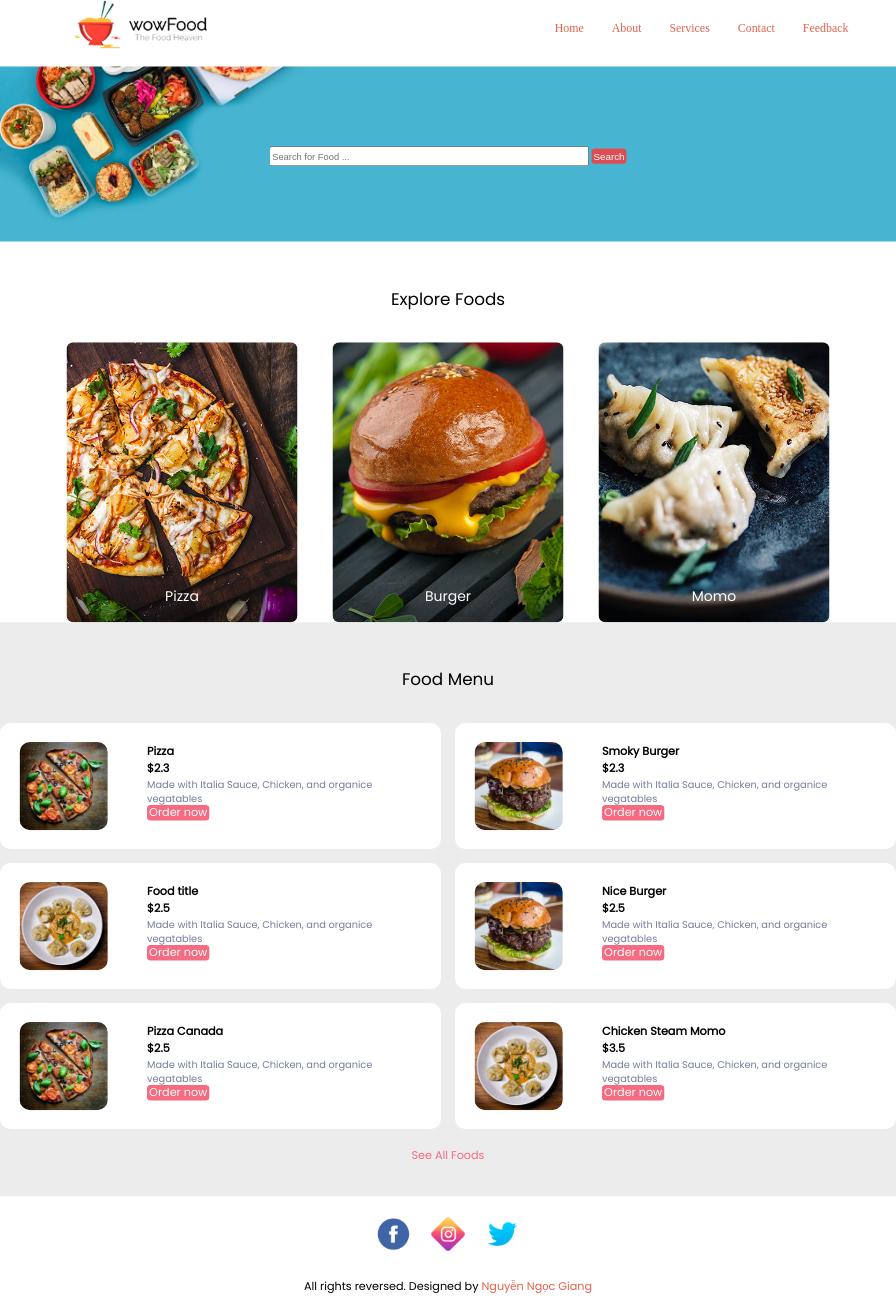
Repository: ruaruababa/WowFood
Page: index.html
These files come from the project's save history. The page is drawn as it stood at one moment and after the next save; the edit follows.
The browser window is 1280 px wide. The pictures show the part of the page from y = 0 to 1920 px (the page is 1876 px tall before and 2626 px after), at 70% of full size.

Above is the page before, as saved 2021-09-19 17:28:15.

After the next save:
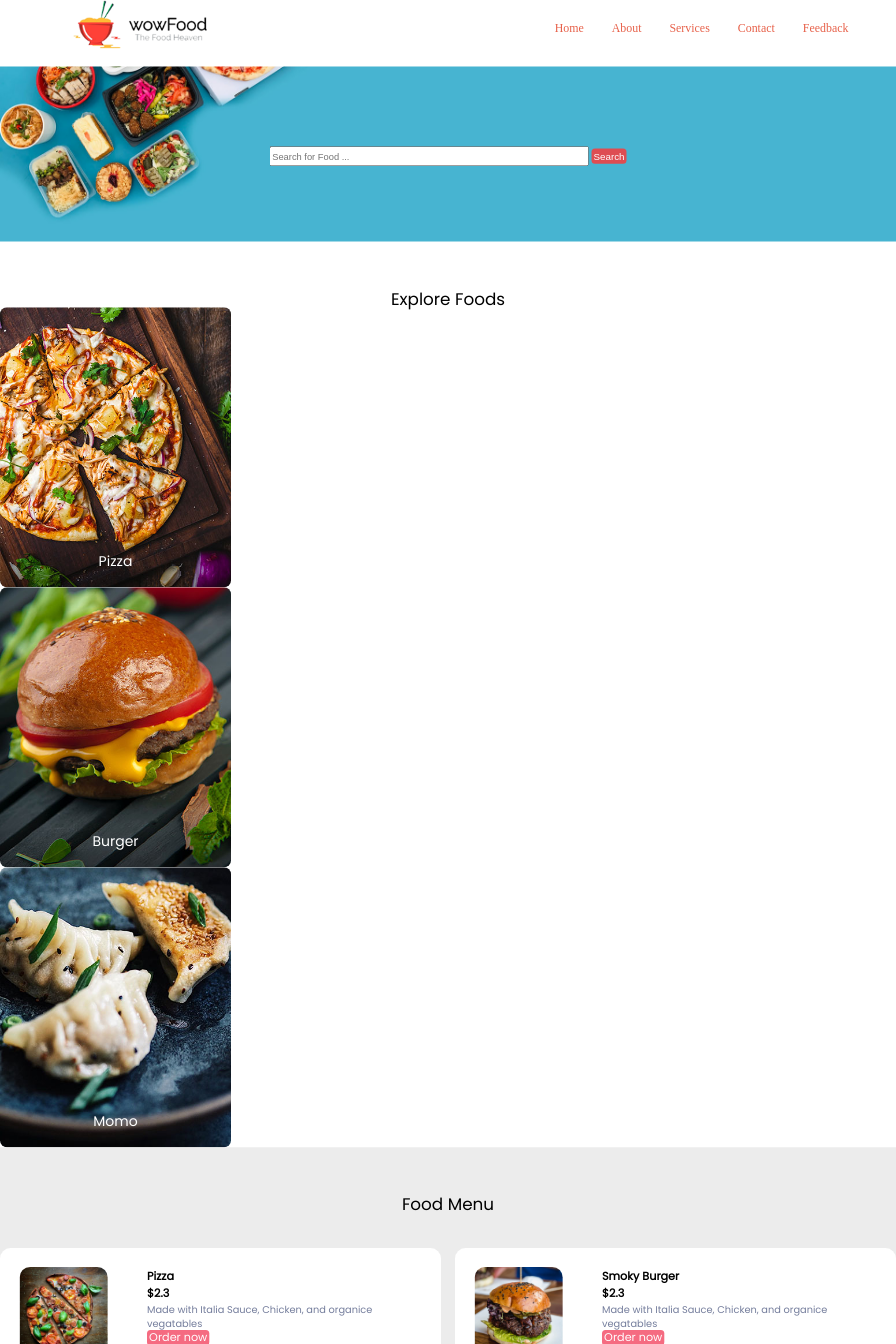
Saved 59 s later.
--- a/style.css
+++ b/style.css
@@ -107,6 +107,7 @@ ul:hover li:hover {
   font-size: 24px;
   font-family: "Poppins", sans-serif;
 }
+co
 
 .list-food {
   margin-top: 50px;

After the 2 saves that followed:
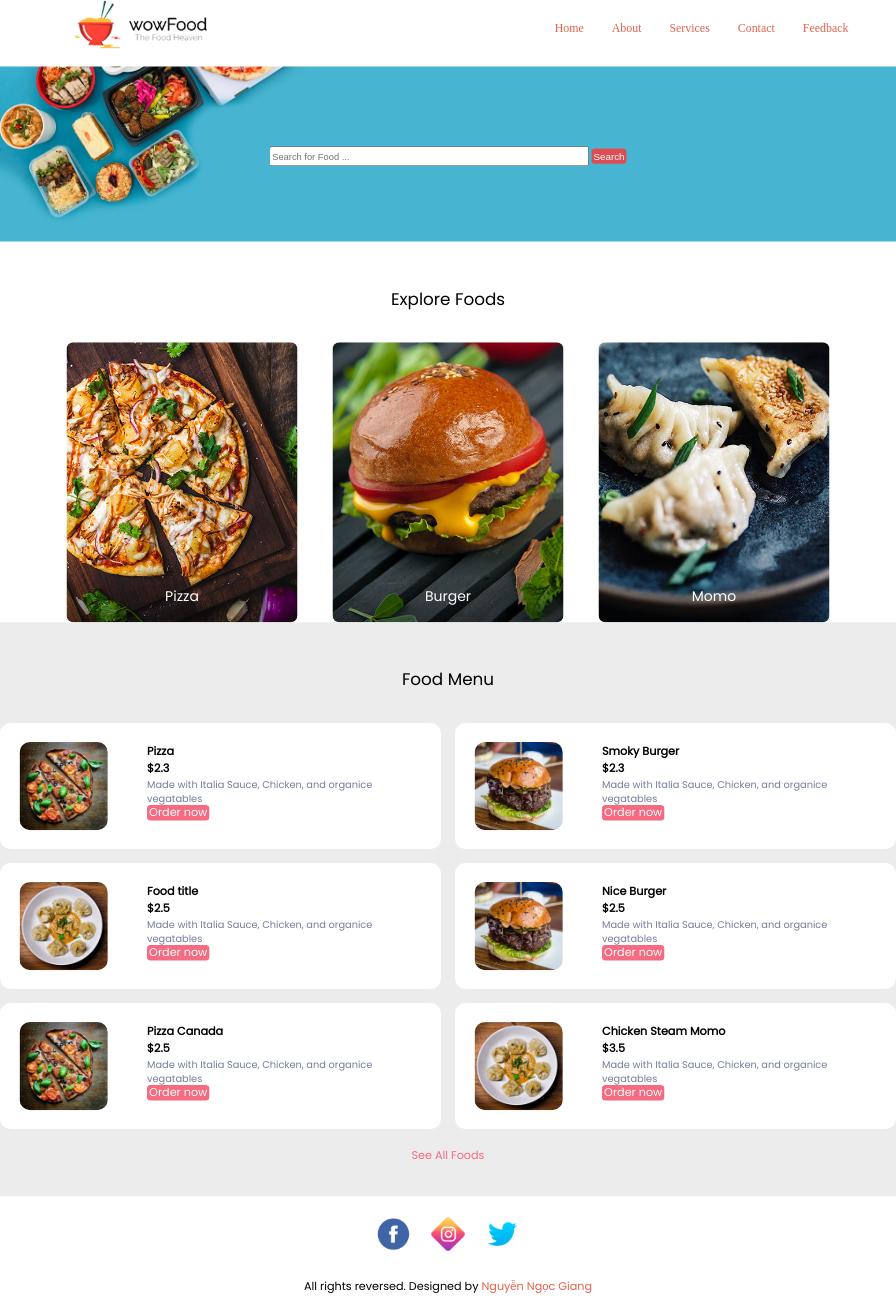
The 2 saves are shown as one change because they came seconds apart.
The last was saved 6 s later.
--- a/style.css
+++ b/style.css
@@ -107,7 +107,10 @@ ul:hover li:hover {
   font-size: 24px;
   font-family: "Poppins", sans-serif;
 }
-co
+
+.collection-food{
+
+}
 
 .list-food {
   margin-top: 50px;
